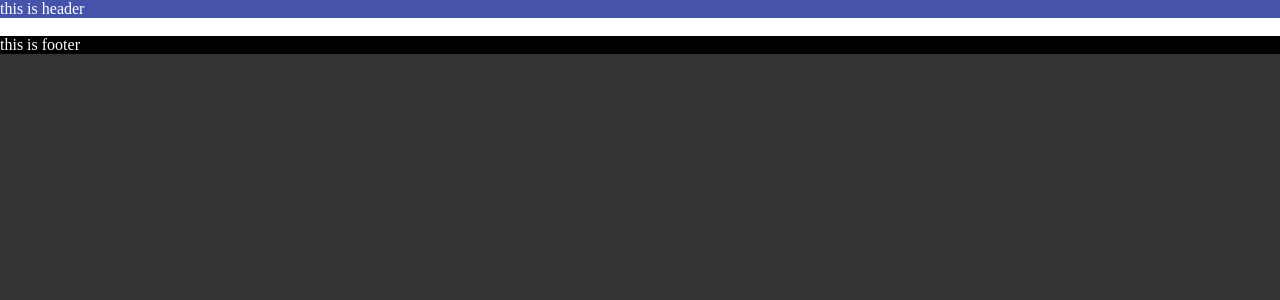
Repository: ksbsh27/multi_lingual
Page: index.html
The author's editor kept a copy of each file at every save. The page is drawn from the files as they stood at one save, then again after a run of saves.
The browser window is 1280 px wide. The pictures show the whole page.
The style sheet was rebuilt from its Sass, Less or Tailwind sources for each picture, by a compiler version that may differ from the author's.

Above is the page before, as saved 2022-03-31 20:39:46.

### index.html
<!DOCTYPE html>
<html lang="jp">
<head>
    <meta charset="UTF-8">
    <meta http-equiv="X-UA-Compatible" content="IE=edge">
    <meta name="viewport" content="width=device-width, initial-scale=1.0">
    <title>develop</title>
    <link rel="stylesheet" href="./css/style.css">
</head>
<body>
    <header>this is header</header>
    <section>
        aaaaaaaaaaaaa
        bbbbbbbbbbbb
        ccccccccccc
    </section>
    <footer>this is footer</footer>
</body>
</html>

### sass/style.scss
@import "./_header";
@import "./footer";
* {
  padding: 0;
  margin: 0;
  box-sizing: border-box;
}

body {
  color: #fff;
  background: #333;
}

section {
  background: #fff;
}

### sass/_header.scss
header{
    background: rgb(69, 84, 170);
}

### sass/_footer.scss
footer{
    background: rgb(0, 0, 0);
}

After the next 2 saves:
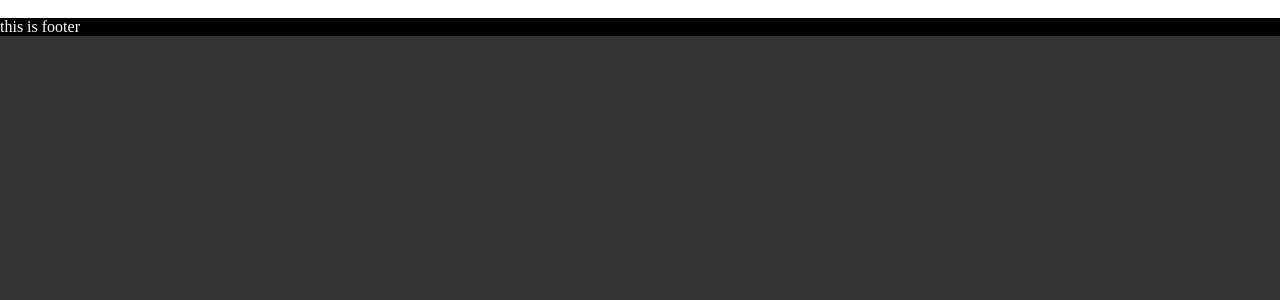
The 2 saves are shown as one change because they came seconds apart.
The last was saved 70 s later.
--- a/index.html
+++ b/index.html
@@ -8,7 +8,9 @@
     <link rel="stylesheet" href="./css/style.css">
 </head>
 <body>
-    <header>this is header</header>
+    <header><nav>
+
+    </nav></header>
     <section>
         aaaaaaaaaaaaa
         bbbbbbbbbbbb
